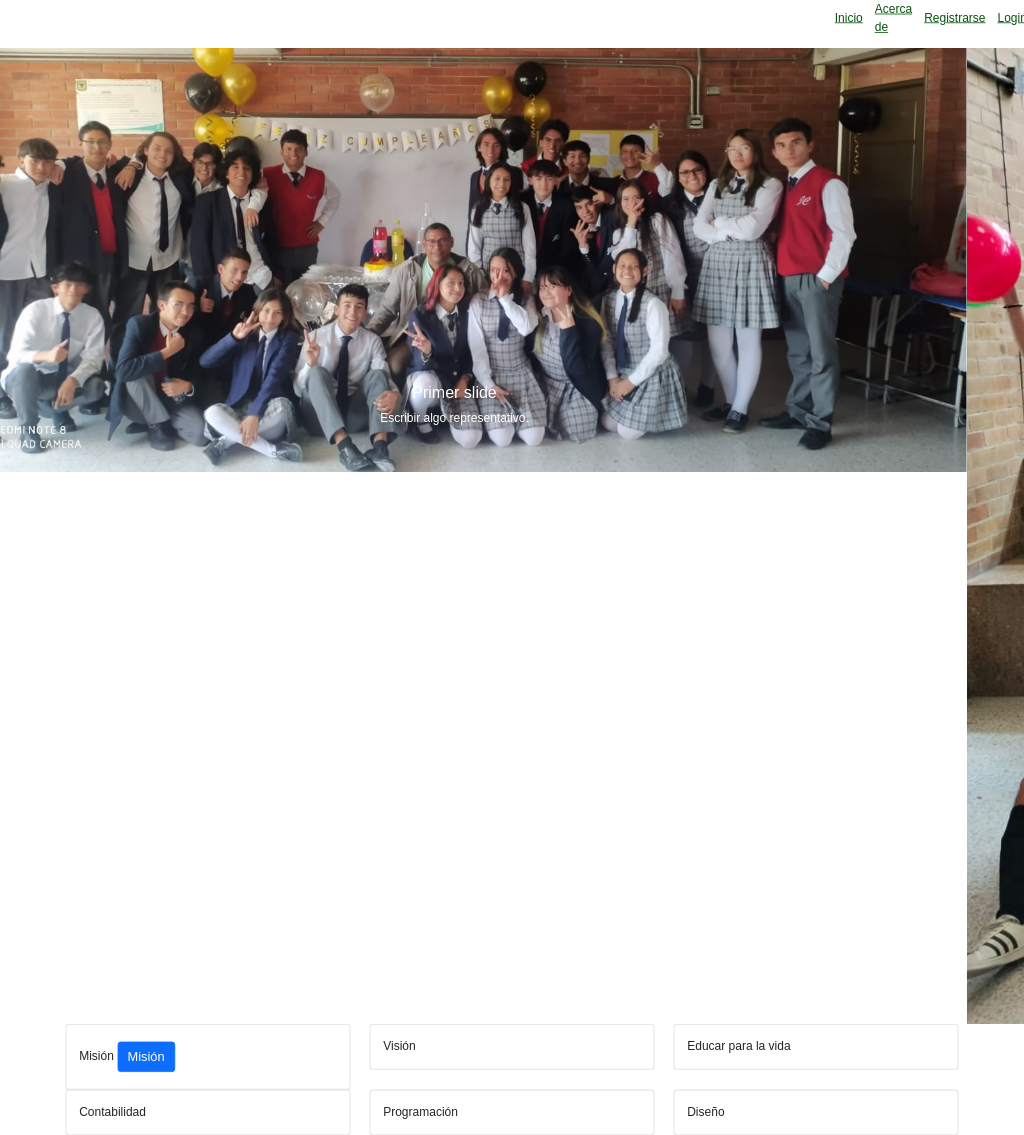
Repository: AntonnySant/webColegio
Page: index.html
An editor plug-in stored every save of this project. The page is shown before and after the next save, followed by the edit.
The browser window is 1280 px wide. The pictures show the whole page, at 80% of full size.

Above is the page before, as saved 2023-10-17 16:57:57.
Console error: TypeError: Cannot set properties of null (setting 'onclick')

### index.html
<!DOCTYPE html>
<html lang="en">

<head>
    <meta charset="UTF-8">
    <meta http-equiv="X-UA-Compatible" content="IE=edge">
    <meta name="viewport" content="width=device-width, initial-scale=1.0">
    <!-- Compiled and minified CSS -->
    <link href="https://cdn.jsdelivr.net/npm/bootstrap@5.0.2/dist/css/bootstrap.min.css" rel="stylesheet"
        integrity="sha384-EVSTQN3/azprG1Anm3QDgpJLIm9Nao0Yz1ztcQTwFspd3yD65VohhpuuCOmLASjC" crossorigin="anonymous">
    <link rel="stylesheet" type="text/css" href="./styles.css">

    <title>Document</title>
</head>

<body>
    <header class="header">
        <!-- <img src="https://juandelcorral.edu.co/wp-content/uploads/2023/03/escudo_2019_verde_fondo-670x1024.png"
            id="img_logo" alt="">
        <p>COLEGIO I.T.D. JUAN DEL CORRAL I.E.D.</p> -->
        <nav>
            <ul class="nav-right-section">
                <li><a href="#">Inicio</a></li>
                <li><a href="#">Acerca de</a></li>
                <li><a href="#">Registrarse</a>
                    <!-- <button id="openModal">Registrarse</button>
                    <div id="registrationModal" class="modal">
                        <div class="modal-content">
                            <span class="close" id="closeModal">&times;</span>
                            <h2>Registro</h2>
                            <form>
                                <label for="username">Nombre de usuario:</label>
                                <input type="text" id="username" name="username" required>
                                <label for="password">Contraseña:</label>
                                <input type="password" id="password" name="password" required>
                                <button type="submit">Registrarse</button>
                            </form>
                        </div>
                    </div> -->
                </li>
                <li><a href="#">Login</a>
                    <!-- <button id="openModalBtn">Iniciar sesión</button>
                    <div id="loginModal" class="modal">
                        <div class="modal-content">
                            <span class="close" id="closeModalBtn">&times;</span>
                            <h2>Iniciar sesión</h2>
                            <form>
                                <input type="text" placeholder="Usuario">
                                <input type="password" placeholder="Contraseña">
                                <button type="submit">Iniciar sesión</button>
                            </form>
                        </div>
                    </div> -->
                </li>
            </ul>
        </nav>
    </header>






    <div class="content">
        <!-- Carrosul dinamico con las 4 imagenes  -->
        <!-- <div class="container"> -->
        <div id="carrusel" class="carousel slide" data-bs-ride="carousel">
            <div class="carousel-indicators">
                <button type="button" data-bs-target="#carouselExampleCaptions" data-bs-slide-to="0" class="active"
                    aria-current="true" aria-label="Slide 1"></button>
                <button type="button" data-bs-target="#carouselExampleCaptions" data-bs-slide-to="1"
                    aria-label="Slide 2"></button>
                <button type="button" data-bs-target="#carouselExampleCaptions" data-bs-slide-to="2"
                    aria-label="Slide 3"></button>
                <button type="button" data-bs-target="#carouselExampleCaptions" data-bs-slide-to="3"
                    aria-label="Slide 4"></button>
            </div>
            <div class="carousel-inner">
                <div class="carousel-item active">
                    <img src="foto1.jpeg" class="d-block w-100 img-fluid" alt="...">
                    <div class="carousel-caption d-none d-md-block">
                        <h5>Primer slide</h5>
                        <p>Escribir algo representativo.</p>
                    </div>
                </div>
                <div class="carousel-item">
                    <img src="foto2.jpeg" class="d-block w-100 img-fluid" alt="...">
                    <div class="carousel-caption d-none d-md-block">
                        <h5>Segundo slide</h5>
                        <p>Escribir algo representativo.</p>
                    </div>
                </div>

                <div class="carousel-item">
                    <img src="foto3.jpeg" class="d-block w-100 img-fluid" alt="...">
                    <div class="carousel-caption d-none d-md-block">
                        <h5>Tercer slide</h5>
                        <p>Escribir algo representativo.</p>
                    </div>
                </div>

                <div class="carousel-item">
                    <img src="foto4.jpeg" class="d-block w-100 img-fluid" alt="...">
                    <div class="carousel-caption d-none d-md-block">
                        <h5>Cuarto slide</h5>
                        <p>Escribir algo representativo.</p>
                    </div>
                </div>
            </div>
            <button class="carousel-control-prev" type="button" data-bs-target="#carouselExampleCaptions"
                data-bs-slide="prev">
                <span class="carousel-control-prev-icon" aria-hidden="true"></span>
                <span class="visually-hidden">Previous</span>
            </button>
            <button class="carousel-control-next" type="button" data-bs-target="#carouselExampleCaptions"
                data-bs-slide="next">
                <span class="carousel-control-next-icon" aria-hidden="true"></span>
                <span class="visually-hidden">Next</span>
            </button>
            <!-- </div> -->
        </div> <!--Cierre carrusel-->

        <div class="container">
            <div class="row">
                <div class="col">
                    <div class="card">
                        <div class="card-body">
                            Misión
                            <!-- Button trigger modal -->
                            <button type="button" class="btn btn-primary" data-bs-toggle="modal"
                                data-bs-target="#exampleModal">
                                Misión
                            </button>

                            <!-- Modal -->
                            <div class="modal fade" id="exampleModal" tabindex="-1" aria-labelledby="exampleModalLabel"
                                aria-hidden="true">
                                <div class="modal-dialog">
                                    <div class="modal-content">
                                        <div class="modal-header">
                                            <h5 class="modal-title" id="exampleModalLabel">Modal title</h5>
                                            <button type="button" class="btn-close" data-bs-dismiss="modal"
                                                aria-label="Close"></button>
                                        </div>
                                        <div class="modal-body">
                                            ...
                                        </div>
                                        <div class="modal-footer">
                                            <button type="button" class="btn btn-secondary"
                                                data-bs-dismiss="modal">Close</button>
                                            <button type="button" class="btn btn-primary">Save changes</button>
                                        </div>
                                    </div>
                                </div>
                            </div>
                        </div>
                    </div>
                </div>
                <div class="col">
                    <div class="card">
                        <div class="card-body">
                            Visión
                            <div class="modal" tabindex="-1">
                                <div class="modal-dialog">
                                    <div class="modal-content">
                                        <div class="modal-header">
                                            <h5 class="modal-title">Modal title</h5>
                                            <button type="button" class="btn-close" data-bs-dismiss="modal"
                                                aria-label="Close"></button>
                                        </div>
                                        <div class="modal-body">
                                            <p>Modal body text goes here.</p>
                                        </div>
                                        <div class="modal-footer">
                                            <button type="button" class="btn btn-secondary"
                                                data-bs-dismiss="modal">Close</button>
                                            <button type="button" class="btn btn-primary">Save changes</button>
                                        </div>
                                    </div>
                                </div>
                            </div>
                        </div>
                    </div>
                </div>
                <div class="col">
                    <div class="card">
                        <div class="card-body">
                            Educar para la vida
                        </div>
                    </div>
                </div>
            </div>
        </div>

        <div class="container">
            <div class="row">
                <div class="col">
                    <div class="card">
                        <div class="card-body">
                            Contabilidad
                        </div>
                    </div>
                </div>
                <div class="col">
                    <div class="card">
                        <div class="card-body">
                            Programación
                        </div>
                    </div>
                </div>
                <div class="col">
                    <div class="card">
                        <div class="card-body">
                            Diseño
                        </div>
                    </div>
                </div>
            </div>
        </div>
    </div>

    <!-- Compiled and minified JavaScript -->
    <script src="https://cdn.jsdelivr.net/npm/bootstrap@5.0.2/dist/js/bootstrap.bundle.min.js"
        integrity="sha384-MrcW6ZMFYlzcLA8Nl+NtUVF0sA7MsXsP1UyJoMp4YLEuNSfAP+JcXn/tWtIaxVXM"
        crossorigin="anonymous"></script>
    <script src="script.js"></script>
</body>

</html>

### styles.css
/* styles.css */
/* Estilos para el encabezado */
body {
    margin: 0;
    padding: 0;
    font-size: 15px;
    font-family: Arial, Helvetica, sans-serif;
}

.header {
    position: fixed;
    /* top: 0;
    left: 0; */
    width: 100%;
    height: 60px;
    background-color: white;
    /* padding: 10px 0; */
    z-index: 1;
  }

  header nav {
    display: flex;
    justify-content: flex-end;
  }

  header nav .nav-right-section {
    width: 250px;
    height: auto;
    display: flex;
    list-style: none;
    justify-content: center;
    align-items: center;
  }

  nav .nav-right-section a {
    /* text-decoration: none; */
    margin-right: 15px;
    color: #07540E;
  }

  /* .header ul {
    list-style: none;
    margin: 0;
    padding: 0;
    float: right;
    margin: 15px;
  }

  .header ul li {
    display: flex;
    margin-right: 20px;
  }

  .header ul li:last-child {
    margin-right: 0;
  } */

  header p{
    margin-top: 15px;
    font-family: Arial, Helvetica, sans-serif;
    font-size: 36px;
    text-align: left;
    color: #07540E;

  }

  /* .content {
    margin-top: 60px;
  } */

  #carrusel {
    z-index: -2;
  }

.modal {
    display: none;
    position: fixed;
    top: 0;
    left: 0;
    width: 100%;
    height: 100%;
    background-color: rgba(0,0,0,0.5);
  }

  .modal-content {
    background-color: #fff;
    margin: 10% auto;
    padding: 20px;
    width: 300px;
    box-shadow: 0 4px 8px 0 rgba(0,0,0,0.2);
  }

  .close {
    float: right;
    font-size: 24px;
    cursor: pointer;
  }

  /* Estilos para el modal */
.modal {
    display: none;
    position: fixed;
    z-index: 1;
    left: 0;
    top: 0;
    width: 100%;
    height: 100%;
    background-color: rgba(0,0,0,0.7);
  }

  .modal-content {
    background-color: #fefefe;
    margin: 10% auto;
    padding: 20px;
    border: 1px solid #888;
    width: 50%;
  }

  .close {
    float: right;
    font-size: 20px;
    cursor: pointer;
  }

  /* Estilos para el botón "Registrarse" */
  #openModal {
    display: inline-block;
    padding: 10px 20px;
    background-color: #007bff;
    color: #fff;
    border: none;
    cursor: pointer;
  }

  /* Estilos para el formulario dentro del modal */
  form {
    display: flex;
    flex-direction: column;
  }

  label, input, button {
    margin: 5px 0;
  }

  img {
    height: 600px;
  }

  #img_logo {
    width: 120px;
    height: 140px;
    float: left;
    margin: 15px;
    margin-top: 10px;
  }


  /* Añade estilos adicionales según tu preferencia */

### script.js
// script.js
document.getElementById("openModalBtn").onclick = function() {
    document.getElementById("loginModal").style.display = "block";
  }

  document.getElementById("closeModalBtn").onclick = function() {
    document.getElementById("loginModal").style.display = "none";
  }

  window.onclick = function(event) {
    if (event.target === document.getElementById("loginModal")) {
      document.getElementById("loginModal").style.display = "none";
    }
  }


const openModalButton = document.getElementById("openModal");
const closeModalButton = document.getElementById("closeModal");
const registrationModal = document.getElementById("registrationModal");

openModalButton.addEventListener("click", () => {
  registrationModal.style.display = "block";
});

closeModalButton.addEventListener("click", () => {
  registrationModal.style.display = "none";
});

window.addEventListener("click", (event) => {
  if (event.target === registrationModal) {
    registrationModal.style.display = "none";
  }
});

var myModal = document.getElementById('myModal')
var myInput = document.getElementById('myInput')

myModal.addEventListener('shown.bs.modal', function () {
  myInput.focus()
})

After the next save:
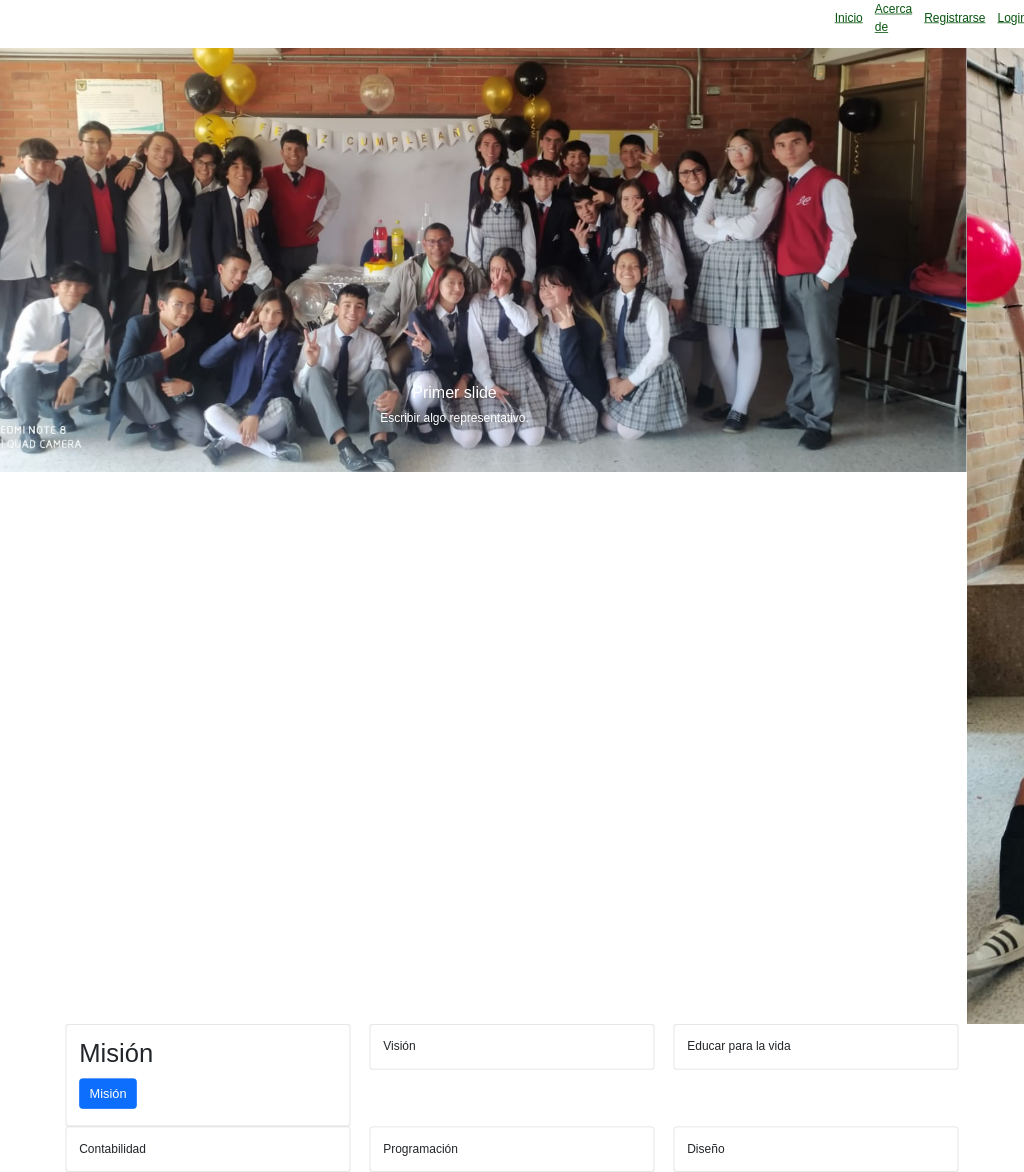
Saved 2 min 7 s later.
--- a/index.html
+++ b/index.html
@@ -125,8 +125,9 @@
                 <div class="col">
                     <div class="card">
                         <div class="card-body">
-                            Misión
+                            <h2>Misión</h2>
                             <!-- Button trigger modal -->
+
                             <button type="button" class="btn btn-primary" data-bs-toggle="modal"
                                 data-bs-target="#exampleModal">
                                 Misión
